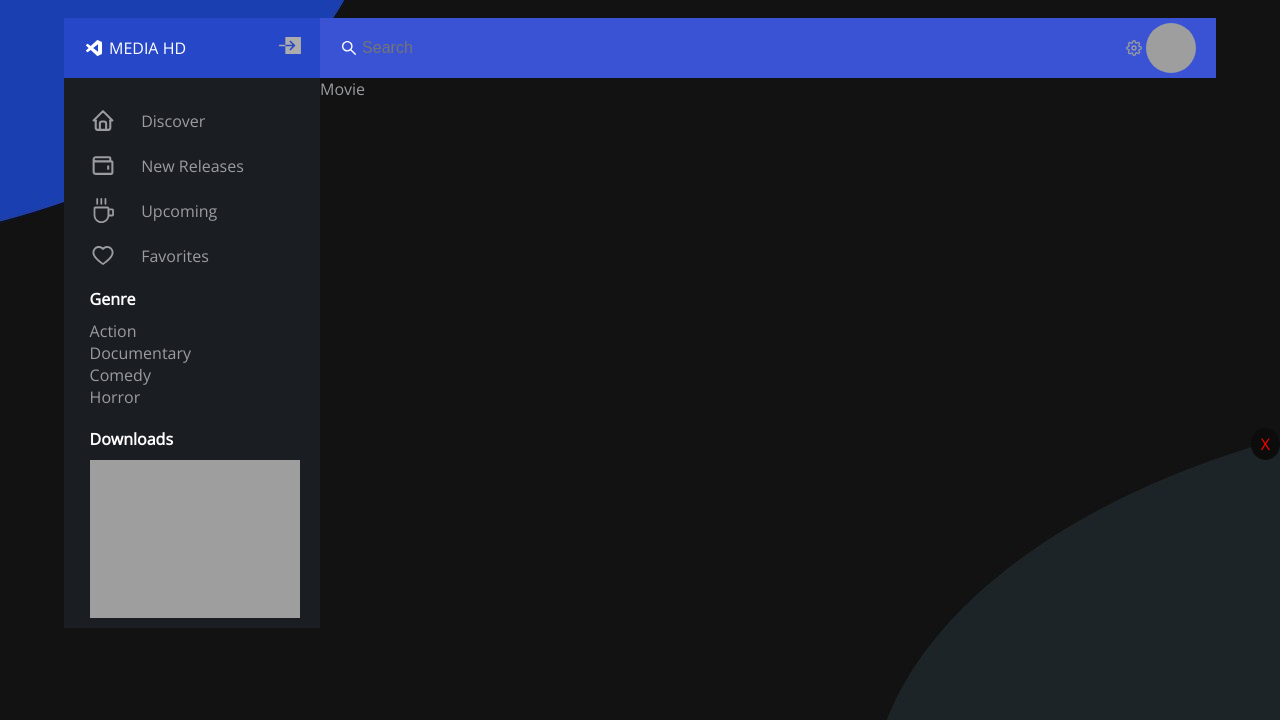
Repository: DevLaukey/movie-task
Page: /
These files come from the project's save history. The page is drawn as it stood at one moment and after the next save; the edit follows.
The browser window is 1280 px wide. The pictures show the whole page.
Pictures or frames that could not be fetched are drawn as grey boxes. The page's requests for data from a server got no answer. The project was rebuilt for these pictures with package versions that can differ from the ones it lists, and the page was loaded fresh each time. No one was signed in, and anything a server would have sent is missing. Also part of the build but not shown: src/components/Body/Movies.css.

Above is the page before, as saved 2022-06-15 21:09:06.

After the next save:
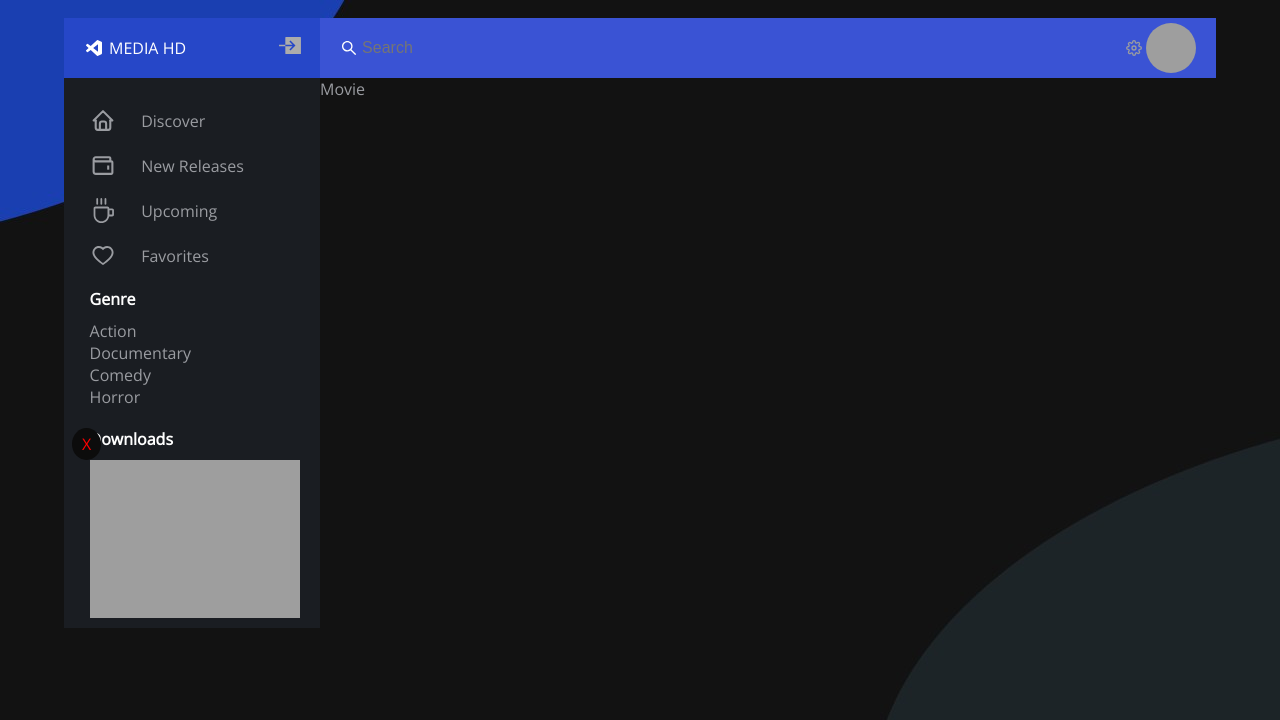
Saved 20 s later.
--- a/src/components/Sidebar/Sidebar.css
+++ b/src/components/Sidebar/Sidebar.css
@@ -72,7 +72,7 @@
   align-items: center;
   border-radius: 50%;
   position: absolute;
-  right: 0;
+  left: 10vh;
 }
 .sidebar__downloads-cancel {
   color: red;
